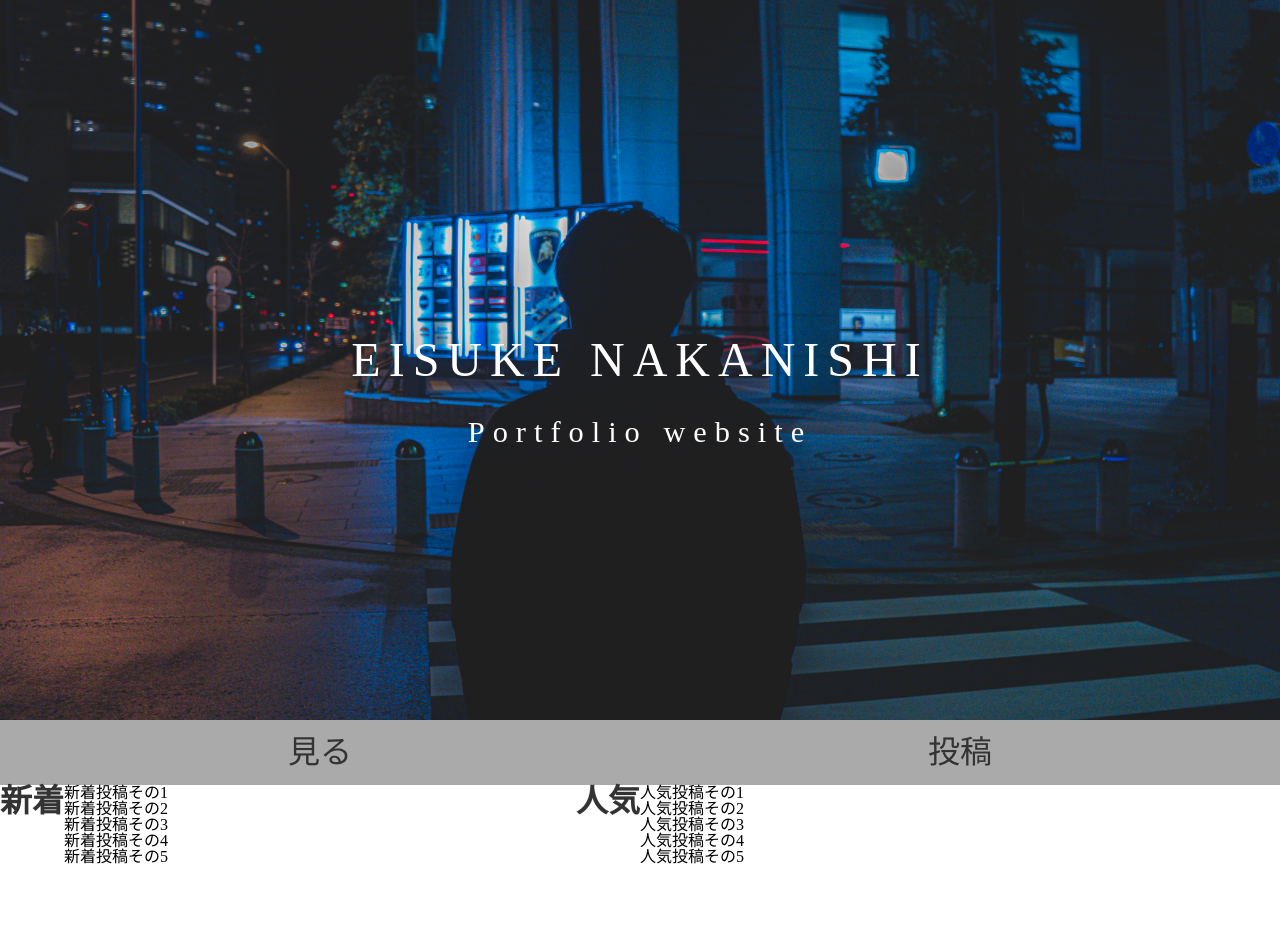
Repository: KustomApe/LandorusInc
Page: index.html
An editor plug-in stored every save of this project. The page is shown before and after the next save, followed by the edit.
The browser window is 1280 px wide. The pictures show the whole page.

Above is the page before, as saved 2021-07-24 13:14:54.

After the next save:
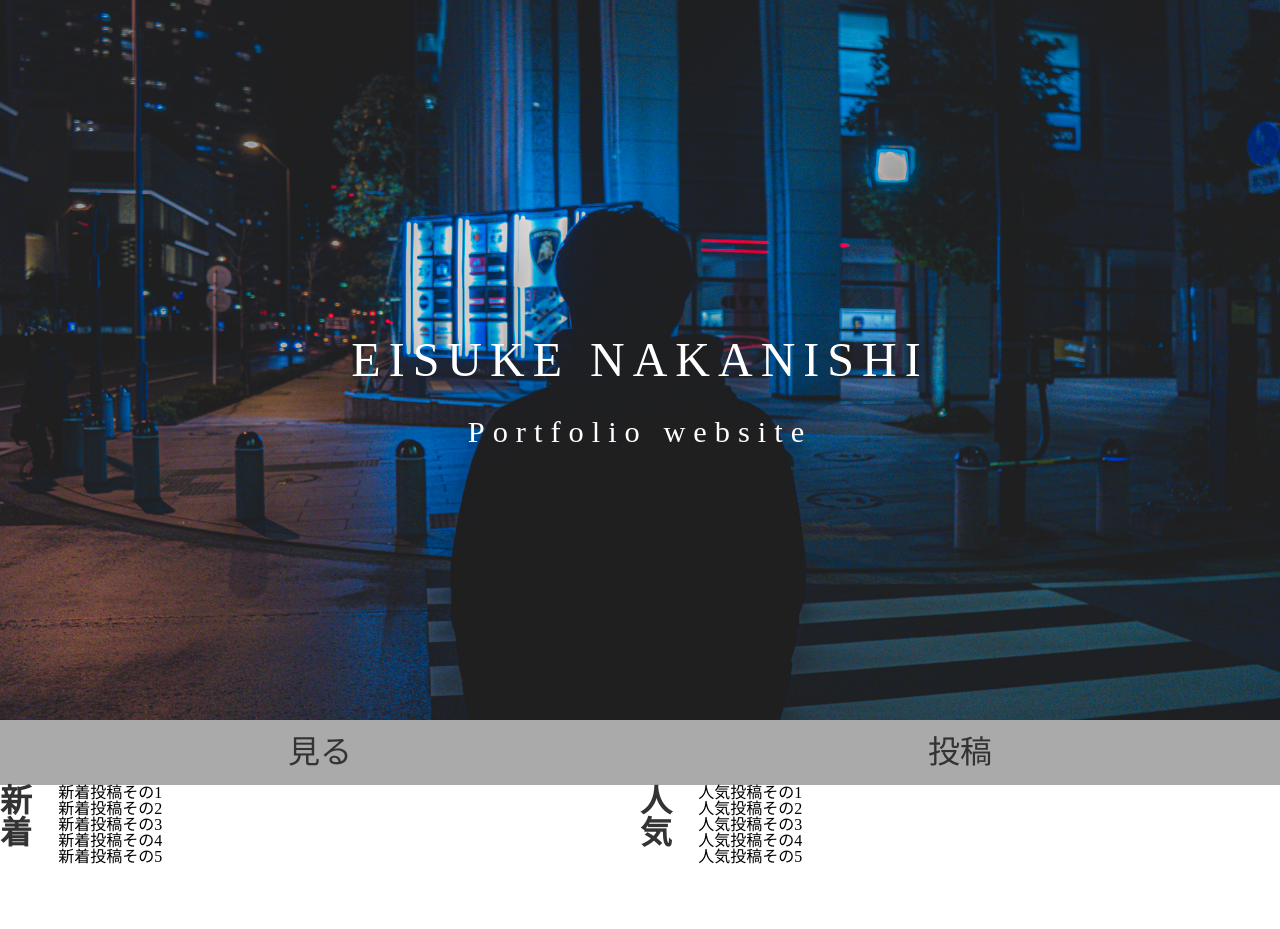
Saved 7 s later.
--- a/assets/css/style.css
+++ b/assets/css/style.css
@@ -75,7 +75,7 @@ div#topic h2 {
 
 ul.topics {
     list-style: none;
-    width: 40%;
+    width: 50%;
     height: 20vh;
     /* background: #aaa; */
 }
